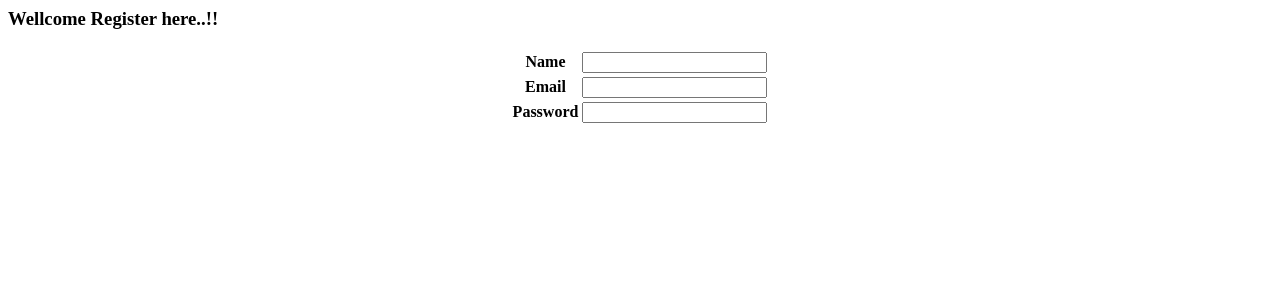
Repository: Yogesh12P/BridgeLabzJava
Page: http://localhost/LoginFormUsingSpringMvc/registerPage
An editor plug-in stored every save of this project. The page is shown before and after the next save, followed by the edit.
The browser window is 1280 px wide. The pictures show the whole page.
The page is served by Tomcat 9. Other server files are loaded and not shown.

Above is the page before, as saved 2017-11-15 05:18:57.

### LoginFormUsingSpringMvc/src/main/webapp/registration.jsp
<%@ taglib prefix="form" uri="http://www.springframework.org/tags/form"%>
<%@ page language="java" contentType="text/html; charset=ISO-8859-1"
	pageEncoding="ISO-8859-1"%>
<html>
<head>
<meta http-equiv="Content-Type" content="text/html; charset=ISO-8859-1">
<title>Registration</title>
</head>
<body>
	<h3>Wellcome Register here..!!</h3>

	<%--
	<form:form id="Register" modelAttribute="user" action="newRegister"
		method="post">
		<table align="center">
			<tr>
				<td><form:label path="name">Name</form:label></td>
				<td><form:input path="name" name="name" id="name" /></td>
				<td><font color="red"><form:errors path="name" /></font></td>
			</tr>

			<tr>
				<td><form:label path="email">Email</form:label></td>
				<td><form:input path="email" name="email" id="email" /></td>
				<td><font color="red"><form:errors path="email" /></font></td>
			</tr>

			<tr>
				<td><form:label path="password">Password</form:label></td>
				<td><form:password path="password" name="password" id="password" /></td>
				<td><font color="red"><form:errors path="password" /></font></td>
			</tr>
			<tr>
				<td></td>
				<td><form:button id="register" name="register">Register</form:button>
				</td>
			</tr>
			<tr></tr>
			<tr>
				<td></td>
				<td><a href="home.jsp">Home</a></td>
			</tr>
		</table>
	</form:form>
 --%>

 <form action="newRegister">
 	<table align="center">
 		<tr>
 			<th>Name</th>
 			<td><input type="text" name="name" id="name"></td>
 		</tr>
 		<tr>
 			<th>Email</th>
 			<td><input type="text" name="email" id="email"></td>
 		</tr>
 		<tr>
 			<th>Password</th>
 			<td><input type="text" name="password" id="password"></td>
 		</tr>
 	</table>
 </form>
</body>
</html>

After the next save:
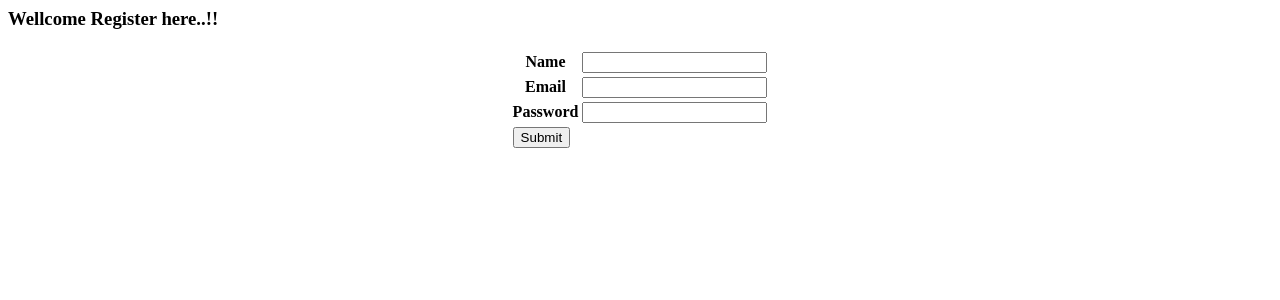
Saved 46 s later.
--- a/LoginFormUsingSpringMvc/src/main/webapp/registration.jsp
+++ b/LoginFormUsingSpringMvc/src/main/webapp/registration.jsp
@@ -58,6 +58,9 @@
  			<th>Password</th>
  			<td><input type="text" name="password" id="password"></td>
  		</tr>
+ 		<tr>
+ 			<td><input type="submit">
+ 		</tr>
  	</table>
  </form>
 </body>
